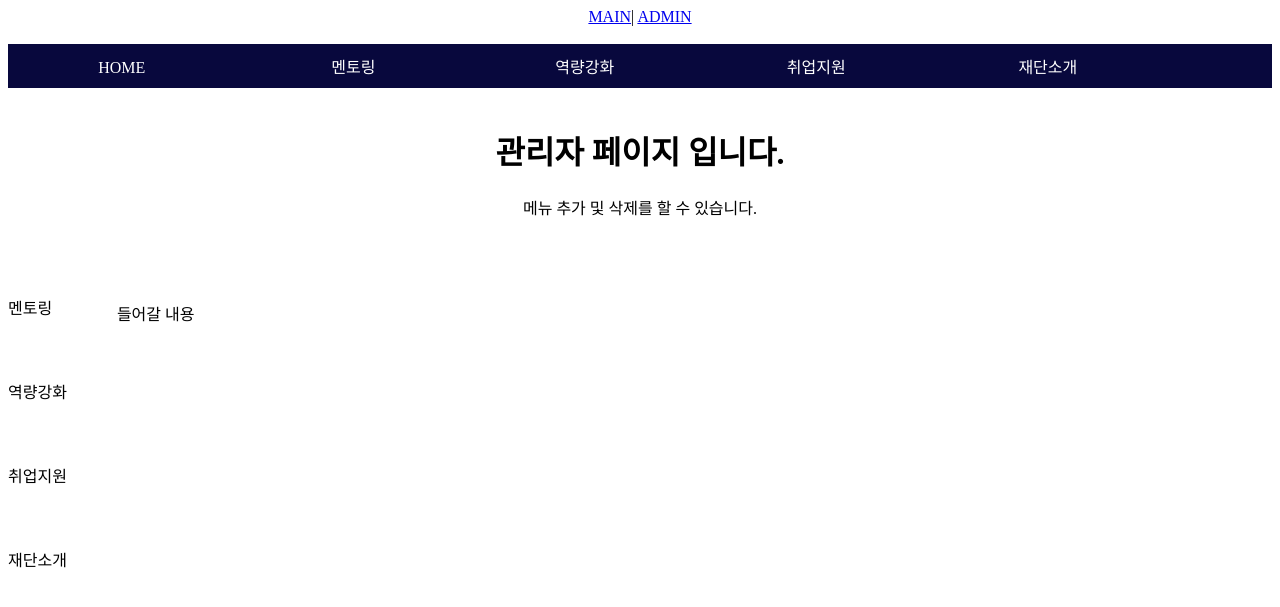
Repository: nywogud/promoPoli
Page: http://localhost/poli/WEB-INF/views/admin.jsp
An editor plug-in stored every save of this project. The page is shown before and after the next save, followed by the edit.
The browser window is 1280 px wide. The pictures show the whole page.
The page is served by Tomcat 9. Nobody is signed in. Other server files are loaded and not shown. The template is opened directly, without the code that normally fills it, so the values that code supplies are empty.

Above is the page before, as saved 2021-07-01 09:16:24.

### workspace/poli/src/main/webapp/WEB-INF/views/admin.jsp
<%@ page language="java" contentType="text/html; charset=UTF-8"
	pageEncoding="UTF-8"%>
<%@ taglib uri="http://java.sun.com/jsp/jstl/core" prefix="c"%>
<%@ page session="false"%>
<html>
<head>
<title>admin</title>
<script
	src="https://cdnjs.cloudflare.com/ajax/libs/jquery/3.3.1/jquery.min.js"></script>
<script>
	function mento(postNum) {
		var postNum = postNum;
		$.ajax({
			type : 'POST',
			url : '/mento',
			data : {
				"postNum" : postNum
			},
			success : function(result) {

				$("#content").empty();
				$("#content").append(result);
			},
			error : function(request, status, error) {

				alert("code:" + request.status + "\n" + "message:"
						+ request.responseText + "\n" + "error:" + error);

			}
		})
	}

	function empower(postNum) {
		var postNum = postNum;
		$.ajax({
			type : 'POST',
			url : '/empower',
			data : {
				"postNum" : postNum
			},
			success : function(result) {

				$("#content").empty();
				$("#content").append(result);
			},
			error : function(request, status, error) {

				alert("code:" + request.status + "\n" + "message:"
						+ request.responseText + "\n" + "error:" + error);
			}
		})
	}

	function support(postNum) {
		var postNum = postNum;
		$.ajax({
			type : 'POST',
			url : '/support',
			data : {
				"postNum" : postNum
			},
			success : function(result) {

				$("#content").empty();
				$("#content").append(result);
			},
			error : function(request, status, error) {

				alert("code:" + request.status + "\n" + "message:"
						+ request.responseText + "\n" + "error:" + error);
			}
		})
	}

	function intro(postNum) {
		var postNum = postNum;
		$.ajax({
			type : 'POST',
			url : '/intro',
			data : {
				"postNum" : postNum
			},
			success : function(result) {

				$("#content").empty();
				$("#content").append(result);
			},
			error : function(request, status, error) {

				alert("code:" + request.status + "\n" + "message:"
						+ request.responseText + "\n" + "error:" + error);
			}
		})
	}
</script>
<script>
	function adMento(postNum) {
		$.ajax({
			type : 'POST',
			url : '/adMento',
			success : function(result) {

				$("#convertAdPage").empty();
				$("#convertAdPage").append(result);
			},
			error : function(request, status, error) {

				alert("code:" + request.status + "\n" + "message:"
						+ request.responseText + "\n" + "error:" + error);
			}
		})
	}
</script>
<style>
ul, ol, li {
	list-style: none;
	margin: 0;
	padding: 0;
}

ul.main {
	color: white;
	background: rgb(8, 8, 61);
	width: 100%;
}

ul.main>li {
	display: inline-block;
	padding-top: 10px;
	padding-bottom: 10px;
	text-align: center;
	position: relative;
	width: 18%;
}

ul.main>li ul.sub {
	position: absolute;
	background: rgb(57, 57, 119);
	text-align: center;
	margin-top: 10px;
	width: 100%;
}

ul.main>li>a {
	text-decoration: none;
	color: white;
}

ul.main>li>ul>li>a {
	text-decoration: none;
	color: white;
}

ul.main>li ul.sub {
	display: none;
}

ul.main:hover ul.sub {
	display: block;
}

ul.main>li ul.sub>li {
	display: inline-block;
	padding: 10px 10px 0px 0px;
	text-align: center;
	position: relative;
	width: 240px;
}

ul.adUl>li>a {
	text-decoration: none;
	list-style: none;
	color: black;
}

ul.adUl>li {
	margin-top: 60px;
	margin-bottom: 60px;
}
</style>
</head>
<body>
	<div style="text-align: center;">
		<label><a href="/">MAIN</a></label><label>|</label> <label><a
			href="/admin">ADMIN</a></label>
	</div>
	<br>
	<div id="navHovBar">
		<ul class="main">
			<li class="main1 sub"><a href="/">HOME
					<ul class="main1Sub sub">
						<li style="color: rgb(57, 57, 119)">empty</li>
						<!--<li style="color: rgb(57, 57, 119)">empty</li>
						<li style="color: rgb(57, 57, 119)">empty</li>
						<li style="color: rgb(57, 57, 119)">empty</li>
						<li style="color: rgb(57, 57, 119)">empty</li>-->
					</ul>
			</a></li>
			<li class="main2">멘토링
				<ul class="main2Sub sub">
					<c:forEach var="mento" items="${mento}">
						<li><a href="javascript:;"
							onclick="mento('${mento.postNum}');">${mento.title}</a></li>
						<!--글 목록이 forEach로 들어옴 -->
					</c:forEach>
				</ul>
			</li>
			<li class="main3">역량강화
				<ul class="main3Sub sub">
					<c:forEach var="empower" items="${empower}">
						<li><a href="javascript:;"
							onclick="empower('${empower.postNum}');">${empower.title}</a></li>
						<!--글 목록이 forEach로 들어옴 -->
					</c:forEach>
				</ul>
			</li>
			<li class="main4">취업지원
				<ul class="main4Sub sub">
					<c:forEach var="support" items="${support}">
						<li><a href="javascript:;"
							onclick="support('${support.postNum}');">${support.title}</a></li>
						<!--글 목록이 forEach로 들어옴 -->
					</c:forEach>
				</ul>
			</li>
			<li class="main5">재단소개
				<ul class="main5Sub sub">
					<c:forEach var="intro" items="${intro}">
						<li><a href="javascript:;"
							onclick="intro('${intro.postNum}');">${intro.title}</a></li>
						<!--글 목록이 forEach로 들어옴 -->
					</c:forEach>
				</ul>
			</li>
		</ul>
	</div>
	<br>
	<span id="content">
		<div>
			<h1 style="text-align: center;">관리자 페이지 입니다.</h1>
			<p style="text-align: center;">메뉴 추가 및 삭제를 할 수 있습니다.</p>
		</div>
		<div>
			<span style="float: left;">
				<ul class="adUl">
					<li><a href="javascript:;" onclick="adMento();">멘토링</a></li>
					<li><a href="javascript:;" onclick="adEmpower();">역량강화</a></li>
					<li><a href="javascript:;" onclick="adSupport();">취업지원</a></li>
					<li><a href="javascript:;" onclick="adIntro();">재단소개</a></li>
				</ul>
			</span> <span style="float: left; padding: 50px;" id="convertAdPage">
				<p>들어갈 내용</p>
			</span>
		</div>
	</span>
</body>
</html>

After the next save:
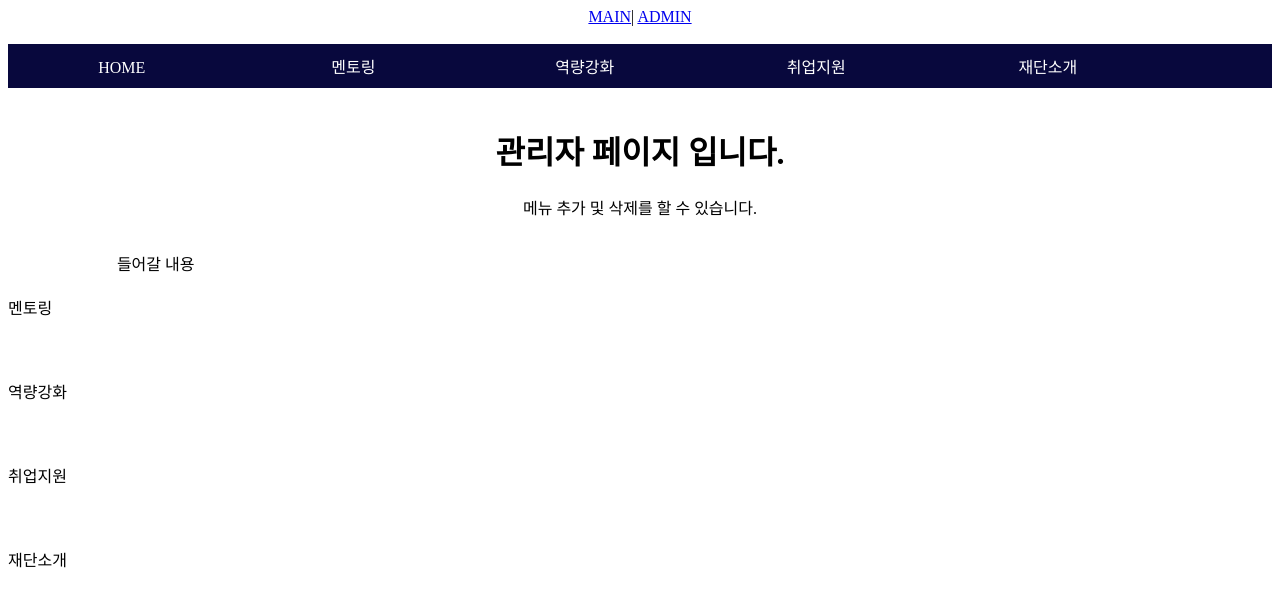
Saved 4 min 32 s later.
--- a/workspace/poli/src/main/webapp/WEB-INF/views/admin.jsp
+++ b/workspace/poli/src/main/webapp/WEB-INF/views/admin.jsp
@@ -248,7 +248,7 @@ ul.adUl>li {
 					<li><a href="javascript:;" onclick="adSupport();">취업지원</a></li>
 					<li><a href="javascript:;" onclick="adIntro();">재단소개</a></li>
 				</ul>
-			</span> <span style="float: left; padding: 50px;" id="convertAdPage">
+			</span> <span style="float: left; padding-left: 50px; width:90%;" id="convertAdPage">
 				<p>들어갈 내용</p>
 			</span>
 		</div>
